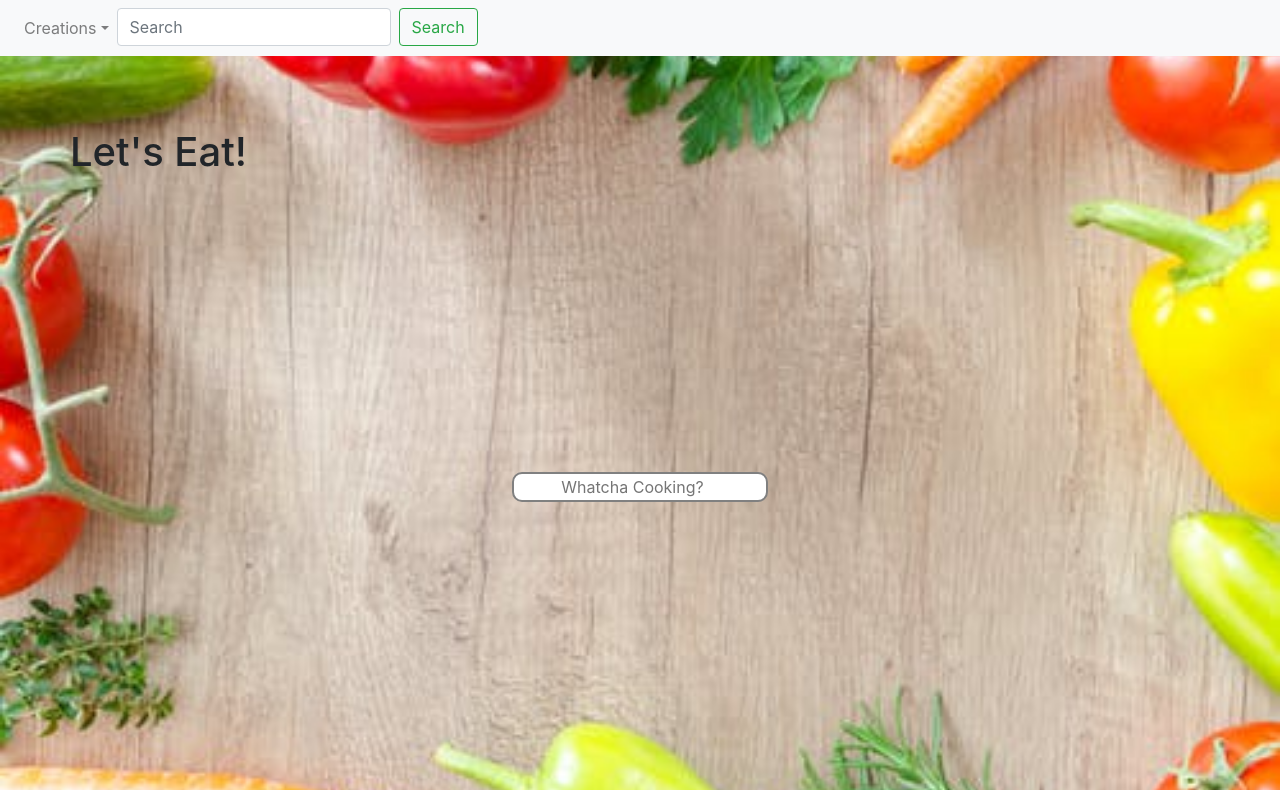
Repository: bandyp/cookBook
Page: index.html
The author's editor kept a record of every edit. The page is drawn from the files as they stood at one moment, then again after the next edit.
The browser window is 1280 px wide. The pictures show the whole page.

Above is the page before.

### index.html
<!doctype html>
<html lang="en">

<head>
    <!-- Required meta tags -->
    <meta charset="utf-8">
    <meta name="viewport" content="width=device-width, initial-scale=1, shrink-to-fit=no">

    <!-- Bootstrap CSS -->
    <link rel="stylesheet" href="https://stackpath.bootstrapcdn.com/bootstrap/4.3.1/css/bootstrap.min.css" integrity="sha384-ggOyR0iXCbMQv3Xipma34MD+dH/1fQ784/j6cY/iJTQUOhcWr7x9JvoRxT2MZw1T" crossorigin="anonymous">
    <link rel="stylesheet" href="static/css/style.css" type="text/css" />
    <title>CookBook</title>
</head>

<body>
    <nav class="navbar navbar-expand-md navbar-light bg-light">
        <button class="navbar-toggler" type="button" data-toggle="collapse" data-target="#navbarSupportedContent" aria-controls="navbarSupportedContent" aria-expanded="false" aria-label="Toggle navigation">
            <span class="navbar-toggler-icon"></span>
            </button>
        <div class="collapse navbar-collapse" id="navbarSupportedContent">
            <ul class="navbar-nav mr-auto">
                <li class="nav-item dropdown">
                    <a class="nav-link dropdown-toggle" href="#" id="navbarDropdown" role="button" data-toggle="dropdown" aria-haspopup="true" aria-expanded="false">Creations</a>
                    <div class="dropdown-menu" aria-labelledby="navbarDropdown">
                        <a class="dropdown-item" href="#">Breakfast</a>
                        <a class="dropdown-item" href="#">Lunch</a>
                        <a class="dropdown-item" href="#">Dinner</a>
                        <a class="dropdown-item" href="#">Starter</a>
                        <a class="dropdown-item" href="#">Dessert</a>
                        <a class="dropdown-item" href="#">Snacks</a>
                        <div class="dropdown-divider"></div>
                        <a class="dropdown-item" href="#">International Favourites</a>
                    </div>
                </li>
                <li>
                    <form class="form-inline my-2 my-lg-0">
                        <input class="form-control mr-sm-2" type="search" placeholder="Search" aria-label="Search">
                        <button class="btn btn-outline-success my-2 my-sm-0" type="submit">Search</button>
                    </form>
                </li>
            </ul>
        </div>
    </nav>
    <div class="container">
        <div class="row">
            <div class="heading">
                <h1>Let's Eat!</h1>
            </div>
        </div>
    </div>
    <div class="box">
        <input type="search" id="search" placeholder="Whatcha Cooking?" />
    </div>
    <script src="https://code.jquery.com/jquery-3.3.1.slim.min.js" integrity="sha384-q8i/X+965DzO0rT7abK41JStQIAqVgRVzpbzo5smXKp4YfRvH+8abtTE1Pi6jizo" crossorigin="anonymous"></script>
    <script src="https://cdnjs.cloudflare.com/ajax/libs/popper.js/1.14.7/umd/popper.min.js" integrity="sha384-UO2eT0CpHqdSJQ6hJty5KVphtPhzWj9WO1clHTMGa3JDZwrnQq4sF86dIHNDz0W1" crossorigin="anonymous"></script>
    <script src="https://stackpath.bootstrapcdn.com/bootstrap/4.3.1/js/bootstrap.min.js" integrity="sha384-JjSmVgyd0p3pXB1rRibZUAYoIIy6OrQ6VrjIEaFf/nJGzIxFDsf4x0xIM+B07jRM" crossorigin="anonymous"></script>
</body>

</html>

### static/css/style.css
body {
    background-image: url("food_background.jpg");
    background-color: green;
    background-repeat: no-repeat;
    background-size: cover;
    height: 100vh;
}

.box {
    width: 100%;
    text-align: center;
}

#search {
    margin: 40vh auto;
    display: inline-block;
    border-radius: 10px;
    border-style: solid;
    border-color: grey;
    text-align: center;
}

.heading {
    text-align: center;
    margin-top: 10vh;
}

After the next edit:
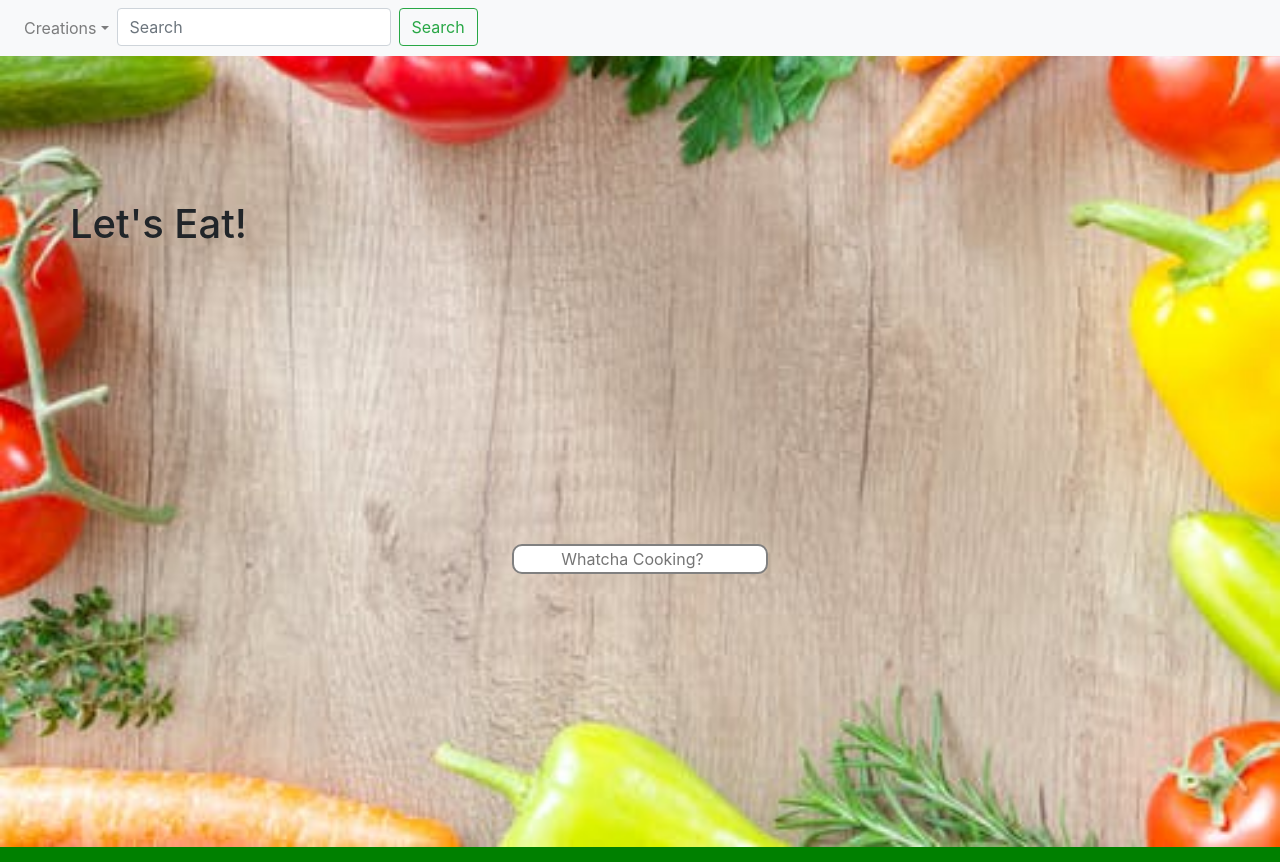
The edit:
--- a/index.html
+++ b/index.html
@@ -42,10 +42,10 @@
         </div>
     </nav>
     <div class="container">
-        <div class="row">
+        <div class="row heading">
             <div class="heading">
-                <h1>Let's Eat!</h1>
-            </div>
+            <h1>Let's Eat!</h1>
+
         </div>
     </div>
     <div class="box">

After the 2 edits that followed:
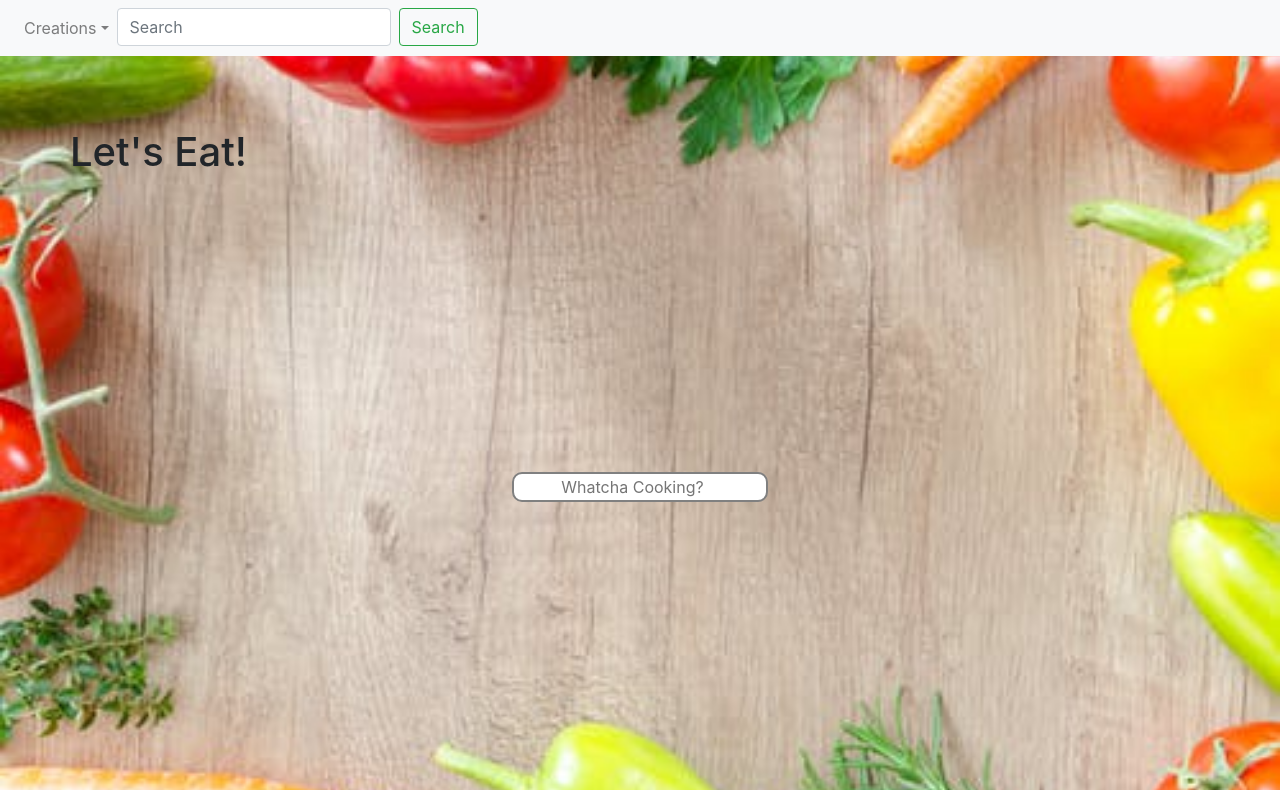
The 2 edits are shown as one change because 1 left the picture as it was.
The edit:
--- a/index.html
+++ b/index.html
@@ -42,10 +42,10 @@
         </div>
     </nav>
     <div class="container">
-        <div class="row heading">
+        <div class="row">
             <div class="heading">
             <h1>Let's Eat!</h1>
-
+            </div>
         </div>
     </div>
     <div class="box">
